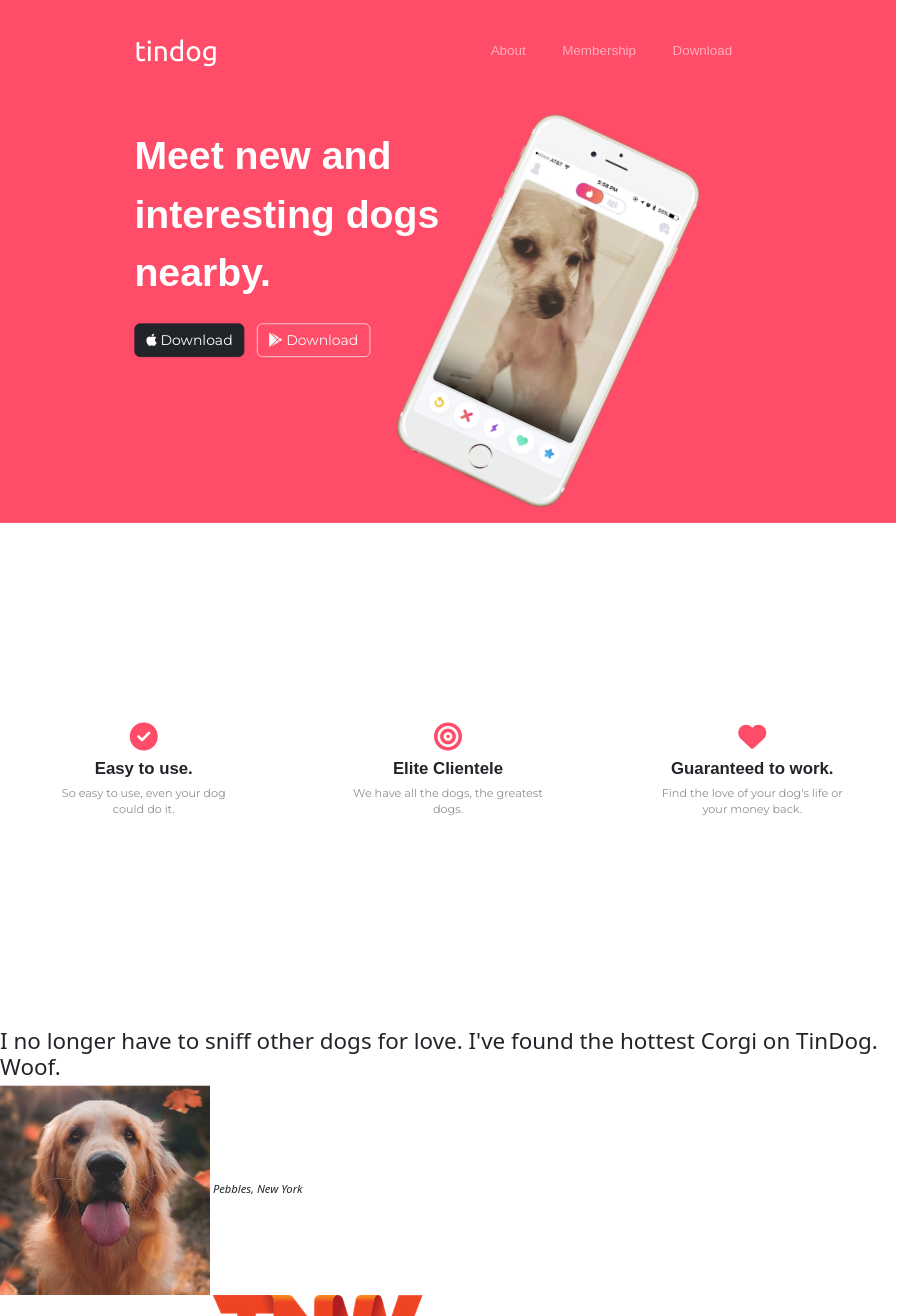
Repository: Mubarak150/tindog-bootstrap-project-brahma
Page: index.html
An editor plug-in stored every save of this project. The page is shown before and after the next save, followed by the edit.
The browser window is 1280 px wide. The page is 1292 px wide, so the pictures cover 1292 px, including what lies to the right of the window. The pictures show the part of the page from y = 0 to 1880 px (the page is 2929 px tall), at 70% of full size.
Some web libraries are served in a nearby version.

Above is the page before, as saved 2023-08-22 20:50:56.

### index.html
<!DOCTYPE html>
<html>
  <head>
    <meta charset="utf-8" />
    <title>TinDog</title>
    <link rel="preconnect" href="https://fonts.googleapis.com">
<link rel="preconnect" href="https://fonts.gstatic.com" crossorigin>
<link href="https://fonts.googleapis.com/css2?family=Montserrat&family=Ubuntu&display=swap" rel="stylesheet">

    <link
      href="https://cdn.jsdelivr.net/npm/bootstrap@5.3.1/dist/css/bootstrap.min.css"
      rel="stylesheet"
      integrity="sha384-4bw+/aepP/YC94hEpVNVgiZdgIC5+VKNBQNGCHeKRQN+PtmoHDEXuppvnDJzQIu9"
      crossorigin="anonymous"
    />

       <script src="https://kit.fontawesome.com/6c5ac58f93.js" crossorigin="anonymous"></script>

       <link rel="stylesheet" href="css/styles.css" />
  </head>

  <body>

    <section id="title">
      <div class="container-fluid" >
      <!-- Nav Bar -->
      <nav class="navbar navbar-expand-lg navbar-dark">
        <a class="navbar-brand" href="#">tindog</a>
        <button
          class="navbar-toggler"
          style="margin-right: 15px !important"
          type="button"
          data-bs-toggle="collapse"
          data-bs-target="#navbarSupportedContent"
          aria-controls="navbarSupportedContent"
          aria-expanded="false"
          aria-label="Toggle navigation"
        >
          <span class="navbar-toggler-icon"></span>
        </button>
        <div class="collapse navbar-collapse" id="navbarSupportedContent">
          <ul class="navbar-nav ms-auto px-3">
            <li class="nav-item">
              <a class="nav-link" href="#">About</a>
            </li>
            <li class="nav-item">
              <a class="nav-link" href="#">Membership</a>
            </li>
            <li class="nav-item">
              <a class="nav-link" href="#">Download</a>
            </li>
          </ul>
        </div>
      </nav>

      <!-- Title -->

      <div class="row">
        <div class="col-lg-6">
          <h1 class="banner-h1">Meet new and interesting dogs nearby.</h1>
          <button type="button" class="download-btn btn btn-dark btn-lg"><i class="fa-brands fa-apple" style="color: white;"></i> Download</button>
          <button type="button"  class="download-btn btn btn-outline-light btn-lg"><i class="fa-brands fa-google-play"></i> Download</button>
        </div>
        <div class="col-lg-6">
          <img class="image-banner" src="images/iphone6.png" alt="iphone-mockup" />
        </div>
      </div>
    </div>
    </section>


    <!-- Features -->

    <section id="features" class="row row-feature">
      <div class="col-lg-4 col-feature">
        <h1><i class="fa-solid fa-circle-check feature-icon" style="color: #ff4c68;"></i></h1>
        <h3 class="feature-h1">Easy to use.</h3>
        <p class="feature-p">So easy to use, even your dog could do it.</p>
      </div>

      <div class="col-lg-4 col-feature">
        <h1><i class="fa-solid fa-bullseye feature-icon" style="color: #ff4c68;"></i></h1>
        <h3 class="feature-h1">Elite Clientele</h3>
        <p class="feature-p">We have all the dogs, the greatest dogs.</p>
      </div>

      <div class="col-lg-4 col-feature">
        <h1><i class="fa-solid fa-heart feature-icon" style="color: #ff4c68;"></i></h1>
        <h3 class="feature-h1">Guaranteed to work.</h3>
        <p class="feature-p">Find the love of your dog's life or your money back.</p>
      </div>
    </section>

    <!-- Testimonials -->

    <section id="testimonials">
      <h2>
        I no longer have to sniff other dogs for love. I've found the hottest
        Corgi on TinDog. Woof.
      </h2>
      <img src="images/dog-img.jpg" alt="dog-profile" />
      <em>Pebbles, New York</em>

      <!-- <h2 class="testimonial-text">My dog used to be so lonely, but with TinDog's help, they've found the love of their life. I think.</h2>
    <img class="testimonial-image" src="images/lady-img.jpg" alt="lady-profile">
    <em>Beverly, Illinois</em> -->
    </section>

    <!-- Press -->

    <section id="press">
      <img src="images/techcrunch.png" alt="tc-logo" />
      <img src="images/tnw.png" alt="tnw-logo" />
      <img src="images/bizinsider.png" alt="biz-insider-logo" />
      <img src="images/mashable.png" alt="mashable-logo" />
    </section>

    <!-- Pricing -->

    <section id="pricing">
      <h2>A Plan for Every Dog's Needs</h2>
      <p>Simple and affordable price plans for your and your dog.</p>

      <h3>Chihuahua</h3>
      <h2>Free</h2>
      <p>5 Matches Per Day</p>
      <p>10 Messages Per Day</p>
      <p>Unlimited App Usage</p>
      <button type="button">Sign Up</button>

      <h3>Labrador</h3>
      <h2>$49 / mo</h2>
      <p>Unlimited Matches</p>
      <p>Unlimited Messages</p>
      <p>Unlimited App Usage</p>
      <button type="button">Sign Up</button>

      <h3>Mastiff</h3>
      <h2>$99 / mo</h2>
      <p>Pirority Listing</p>
      <p>Unlimited Matches</p>
      <p>Unlimited Messages</p>
      <p>Unlimited App Usage</p>
      <button type="button">Sign Up</button>
    </section>

    <!-- Call to Action -->

    <section id="cta">
      <h3>Find the True Love of Your Dog's Life Today.</h3>
      <button type="button">Download</button>
      <button type="button">Download</button>
    </section>

    <!-- Footer -->

    <footer id="footer">
      <p>© Copyright TinDog</p>
    </footer>
    <script
      src="https://cdn.jsdelivr.net/npm/bootstrap@5.3.1/dist/js/bootstrap.bundle.min.js"
      integrity="sha384-HwwvtgBNo3bZJJLYd8oVXjrBZt8cqVSpeBNS5n7C8IVInixGAoxmnlMuBnhbgrkm"
      crossorigin="anonymous"
    ></script>
  </body>
</html>

### css/styles.css
#title {
  background-color: #ff4c68;
  font-family: 'Montserrat';
  font-weight: light;

}
.container-fluid {
  padding: 3% 15%;
}
.banner-h1 {
  font-family: 'Montserrat-Black', sans-serif;
  font-size: 3.5rem;
  line-height: 1.5;
  color: white;
  font-weight: 900;
}
                                                  /* NAVIGATION BAR */

.navbar {
  padding: 0 0 4.5rem;
}

.navbar-brand {
  font-family: 'ubuntu';
  font-size: 2.5rem;
  font-weight: 400;
}

.nav-item {
  padding: 0 18px;
}

.nav-link {
  font-size: 1.2rem;
  font-family: 'Montserrat-Light', sans-serif;
}

.download-btn {
  margin: 5% 3% 5% 0;
}

.image-banner {
  width: 60%;
  transform: rotate(25deg);
}

#features {
 text-align: center;
}

.row-feature {
  height: 100vh;
  align-items: center;
}

.feature-h1 {
  font-family: 'Montserrat-Black', sans-serif;
  font-weight: 900;
  font-size: 1.5rem;
}
.col-feature {
  padding: 0 6%;
}
.feature-p {
  font-family: 'Montserrat', sans-serif;
  font-weight: 400;
  color: #8f8f8f;
}

After the next save:
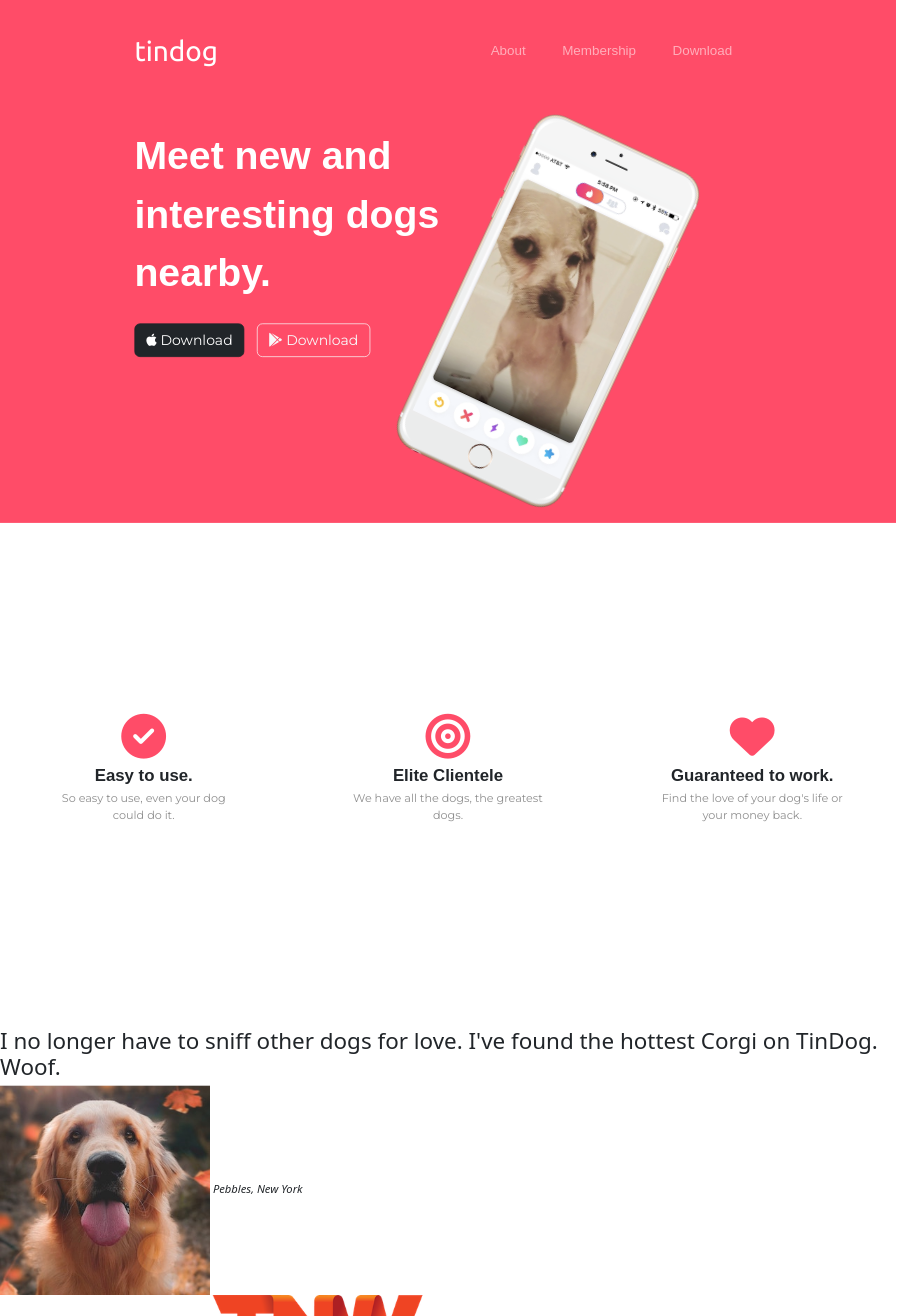
Saved 24 s later.
--- a/css/styles.css
+++ b/css/styles.css
@@ -66,3 +66,7 @@
   font-weight: 400;
   color: #8f8f8f;
 }
+
+.feature-icon {
+  font-size: 4rem;
+}
